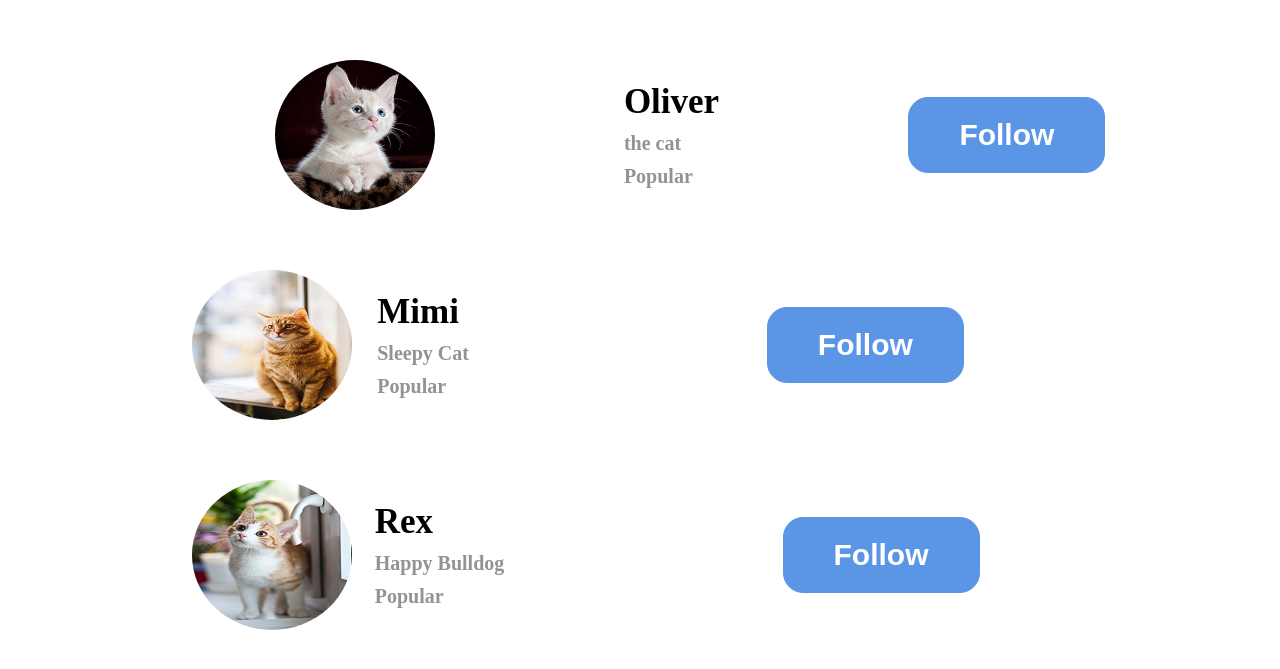
Repository: arifshahriyarnader/css-flexbox
Page: Exercise 4/index.html
An editor plug-in stored every save of this project. The page is shown before and after the next save, followed by the edit.
The browser window is 1280 px wide. The pictures show the whole page.

Above is the page before, as saved 2024-06-21 11:51:37.

### Exercise 4/index.html
<!DOCTYPE html>
<html lang="en">
<head>
    <meta charset="UTF-8">
    <meta name="viewport" content="width=device-width, initial-scale=1.0">
    <title>Document</title>
    <link rel="stylesheet" href="css/style.css">
</head>
<body>
        <div class="follow">
            <img src="images/cat1.jpg" alt="cat 1" class="follow_img">
            <div class="follow_content">
                <h3>Oliver</h3>
                <p>the cat</p>
                <p>Popular</p>
            </div>
            <!-- <div></div>
            <div></div>
            <div></div>
            <div></div>
            <div></div>
            <div></div>
            <div></div>
            <div></div>
            <div></div>
            <div></div>
            <div></div> -->
            <button type="submit" class="btn">Follow</button>
            <!-- <div></div>
            <div></div>
            <div></div>
            <div></div>
            <div></div>
            <div></div>
            <div></div>
            <div></div>
            <div></div> -->
        </div>

        <div class="follow">
            <img src="images/cat2.jpg" alt="cat 1" class="follow_img">
            <div class="follow_content">
                <h3>Mimi</h3>
                <p>Sleepy Cat</p>
                <p>Popular</p>
            </div>
            <div></div>
            <div></div>
            <div></div>
            <div></div>
            <div></div>
            <div></div>
            <div></div>
            <div></div>
            <div></div>
            <div></div>
            <div></div>
            <button type="submit" class="btn">Follow</button>
            <div></div>
            <div></div>
            <div></div>
            <div></div>
            <div></div>
            <div></div>
            <div></div>
            <div></div>
            <div></div>
        </div>

        <div class="follow">
            <img src="images/cat3.jpg" alt="cat 1" class="follow_img">
            <div class="follow_content">
                <h3>Rex</h3>
                <p>Happy Bulldog</p>
                <p>Popular</p>
            </div>
            <div></div>
            <div></div>
            <div></div>
            <div></div>
            <div></div>
            <div></div>
            <div></div>
            <div></div>
            <div></div>
            <div></div>
            <div></div>
            <button type="submit" class="btn">Follow</button>
            <div></div>
            <div></div>
            <div></div>
            <div></div>
            <div></div>
            <div></div>
            <div></div>
            <div></div>
            <div></div>
        </div>
</body>
</html>

### Exercise 4/css/style.css
*{
    margin:0;
    padding: 0;
    box-sizing: border-box;
}
.follow{
    display: flex;
    align-items: center;
    justify-content: space-around;
    margin:60px 80px;
}
.follow_img{
    border-radius: 50%;
    margin-left: 100px;
}
.follow_content h3{
    font-size: 35px;
    margin-right: ;

}

.follow_content p{
    color:#939393;
    font-size: 20px;
    font-weight: bold;
    padding-top: 10px;
}

.btn{
    background-color: #5B95E5;
    color: #fff;
    padding: 20px 50px;
    font-size: 30px;
    font-weight: bold;
    border: 1px solid #5B95E5;
    border-radius: 20px;
}

After the next save:
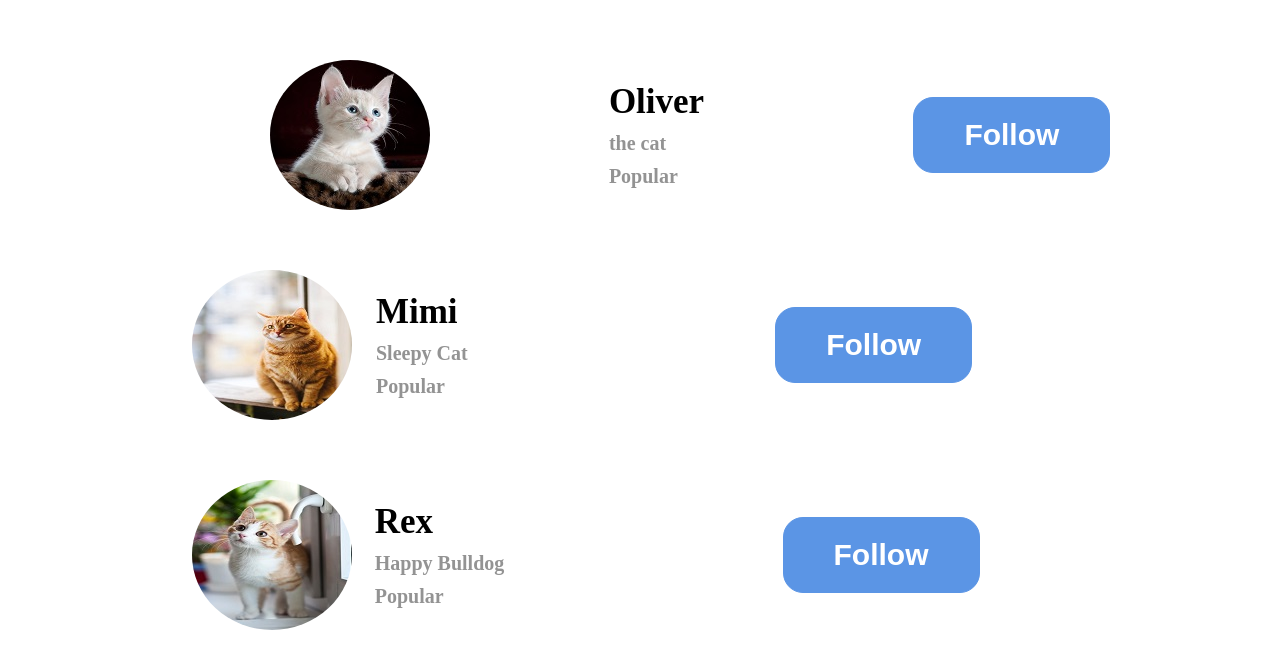
Saved 5 s later.
--- a/Exercise 4/css/style.css
+++ b/Exercise 4/css/style.css
@@ -15,7 +15,7 @@
 }
 .follow_content h3{
     font-size: 35px;
-    margin-right: ;
+    margin-right: 30px;
 
 }
 
